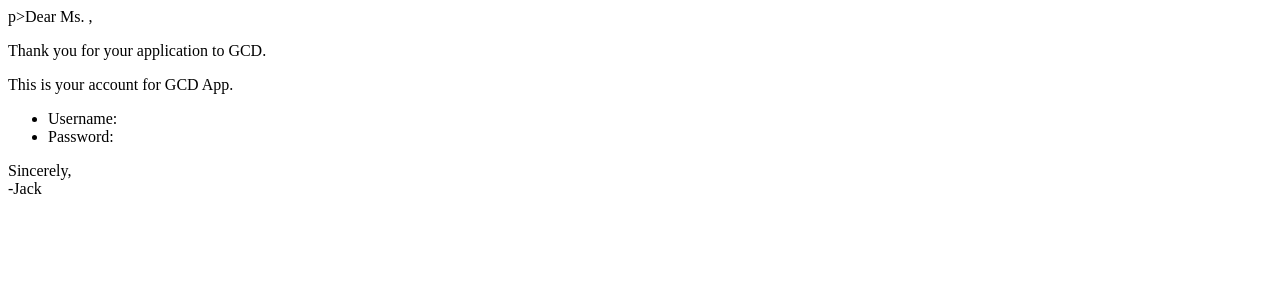
Repository: Tuns0704/DataStructures-and-Algorithms
Page: index.html
The author's editor kept a copy of each file at every save. The page is drawn from the files as they stood at one save, then again after the next save.
The browser window is 1280 px wide. The pictures show the whole page.

Above is the page before, as saved 2021-10-07 16:48:02.

### index.html
<!DOCTYPE html>
<html lang="en">
	<head>
		<meta charset="UTF-8" />
		<meta http-equiv="X-UA-Compatible" content="IE=edge" />
		<meta name="viewport" content="width=device-width, initial-scale=1.0" />
		<title>Document</title>
	</head>
	<body>
    p>Dear Ms. ,</p>
      <p>Thank you for your application to GCD.</p>
      <p>This is your account for GCD App.</p>
      <ul>
        <li>Username: </li>
        <li>Password: </li>
      </ul>
      <p>Sincerely,<br>-Jack</br></p>
  </body>
</html>

After the next save:
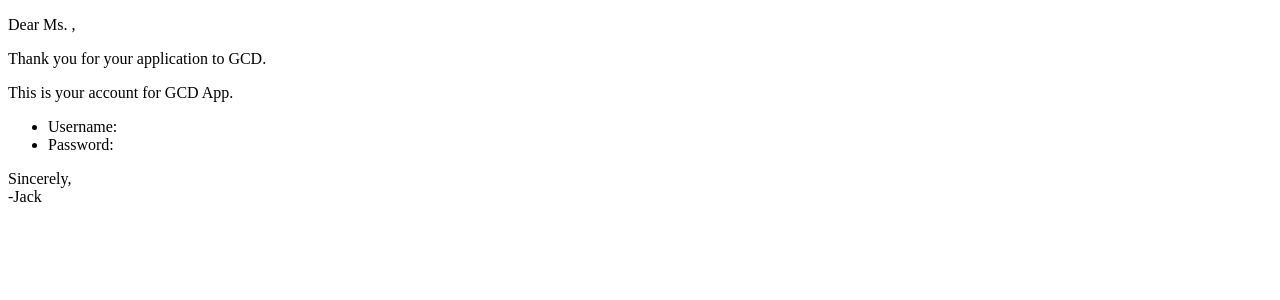
Saved 12 s later.
--- a/index.html
+++ b/index.html
@@ -7,7 +7,7 @@
 		<title>Document</title>
 	</head>
 	<body>
-    p>Dear Ms. ,</p>
+    <p>Dear Ms. ,</p>
       <p>Thank you for your application to GCD.</p>
       <p>This is your account for GCD App.</p>
       <ul>
